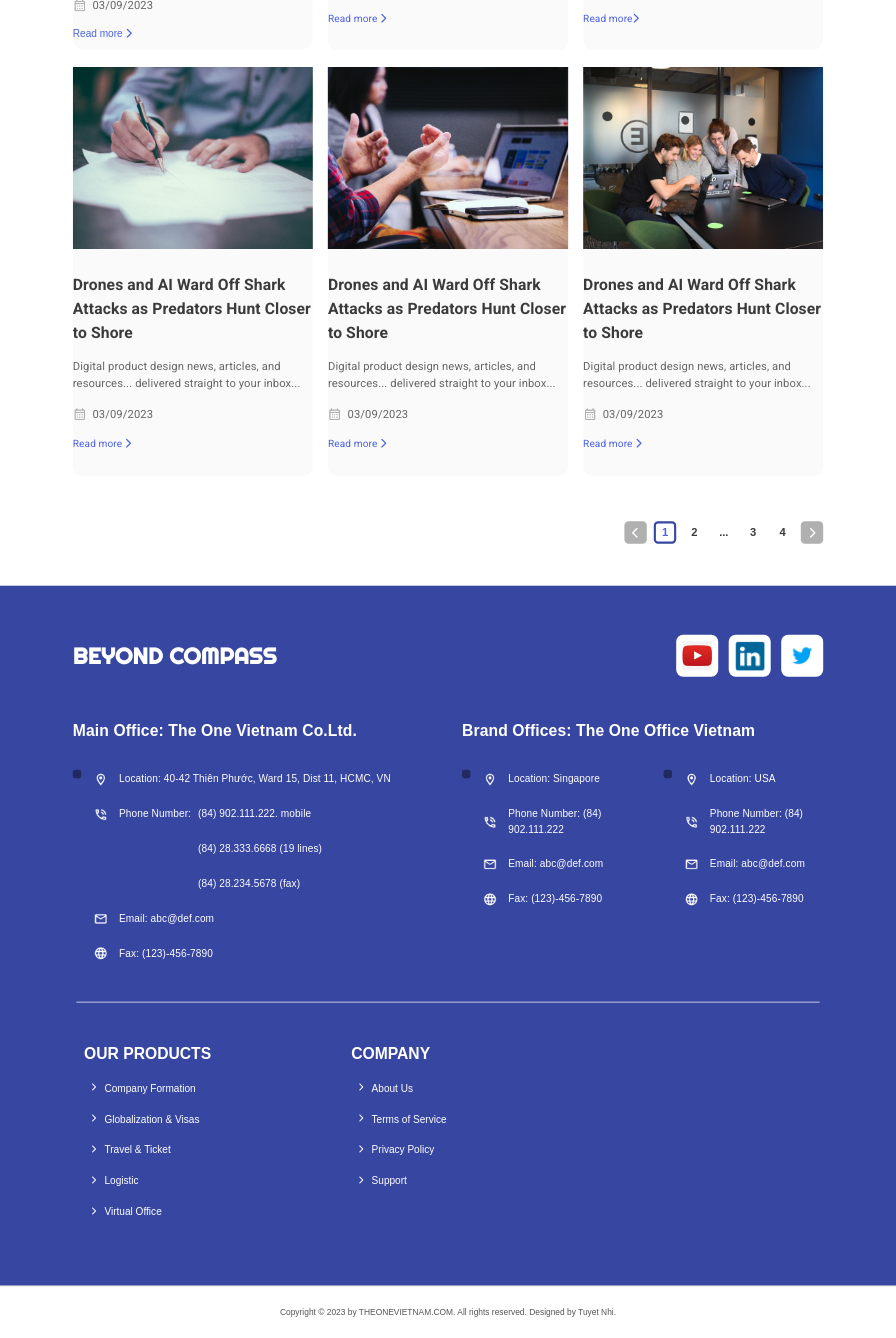
Repository: trunghau06/baitapRn
Page: pages/news.html
These files come from the project's save history. The page is drawn as it stood at one moment and after the next save; the edit follows.
The browser window is 1280 px wide. The pictures show the part of the page from y = 1404 to 3324 px (the page is 3316 px tall before and 3324 px after), at 70% of full size.

Above is the page before, as saved 2025-10-15 19:51:39.

After the next save:
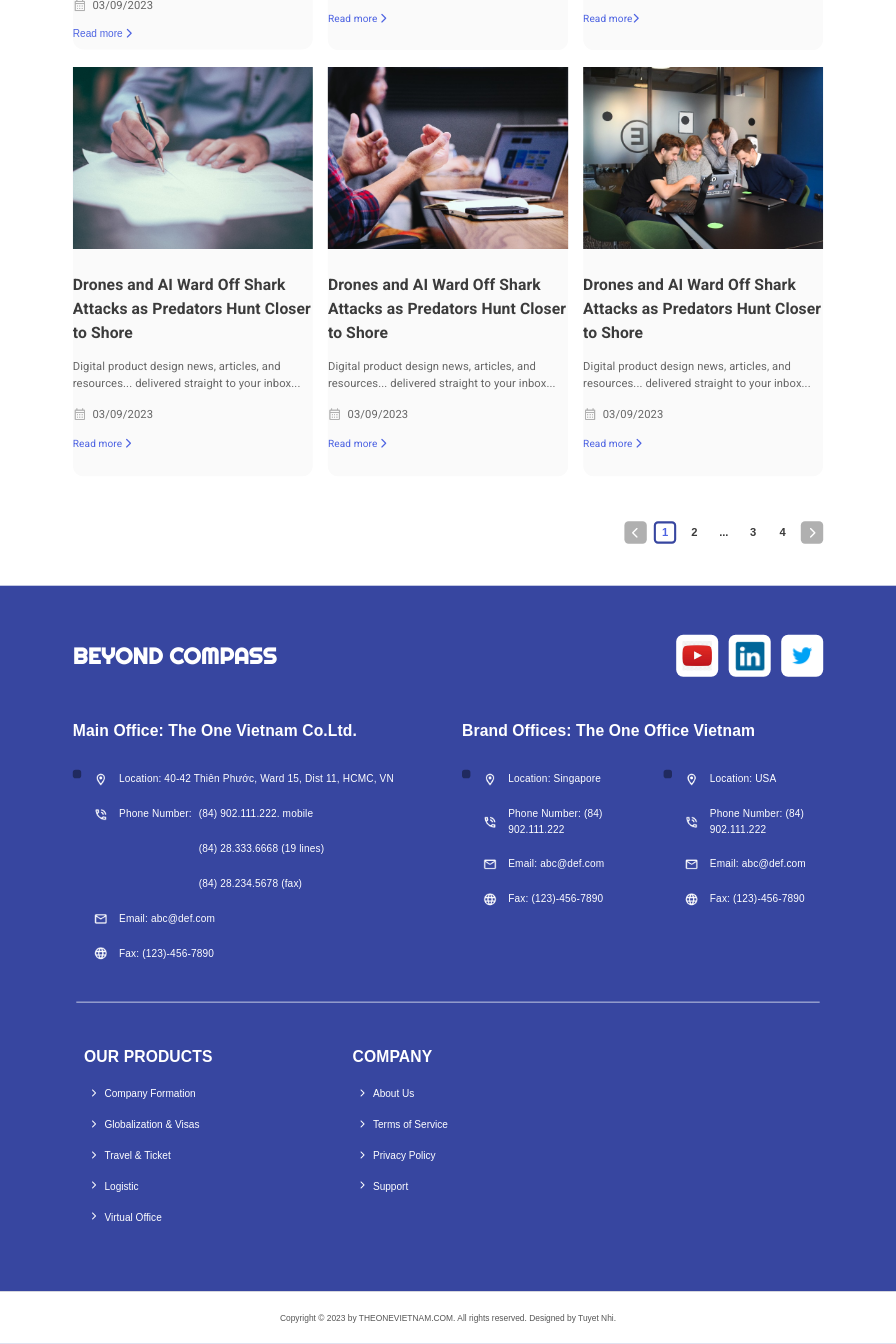
Saved 24 s later.
--- a/style/news.css
+++ b/style/news.css
@@ -515,7 +515,7 @@ nav {
     font-size: 0.9em;
     color: #FFFFFF;
     line-height: 1.5;
-    letter-spacing: 0.16px;
+    letter-spacing: 0.24px;
 }
 
 .phone-group {
@@ -528,6 +528,8 @@ nav {
 .phone-group p {
     margin: 0;
     font-size: 0.9em;
+    line-height: 1.5;
+    letter-spacing: 0.24px;
     margin-bottom: 28px;
     color: #FFFFFF;
 }
@@ -558,10 +560,10 @@ nav {
 }
 
 .footer-links {
-  display: flex;
-  justify-content: left;
-  gap: 200px;
-  padding: 20px 120px;
+    display: flex;
+    justify-content: left;
+    gap: 200px;
+    padding: 20px 120px;
   margin-bottom: 50px;
 }
 
@@ -569,6 +571,8 @@ nav {
   margin-bottom: 15px;
   font-size: 1.4em;
   font-weight: bold;
+  line-height: 1.5;
+letter-spacing: 0.16px;
   color: #FFFFFF;
   text-transform: uppercase;
 }
